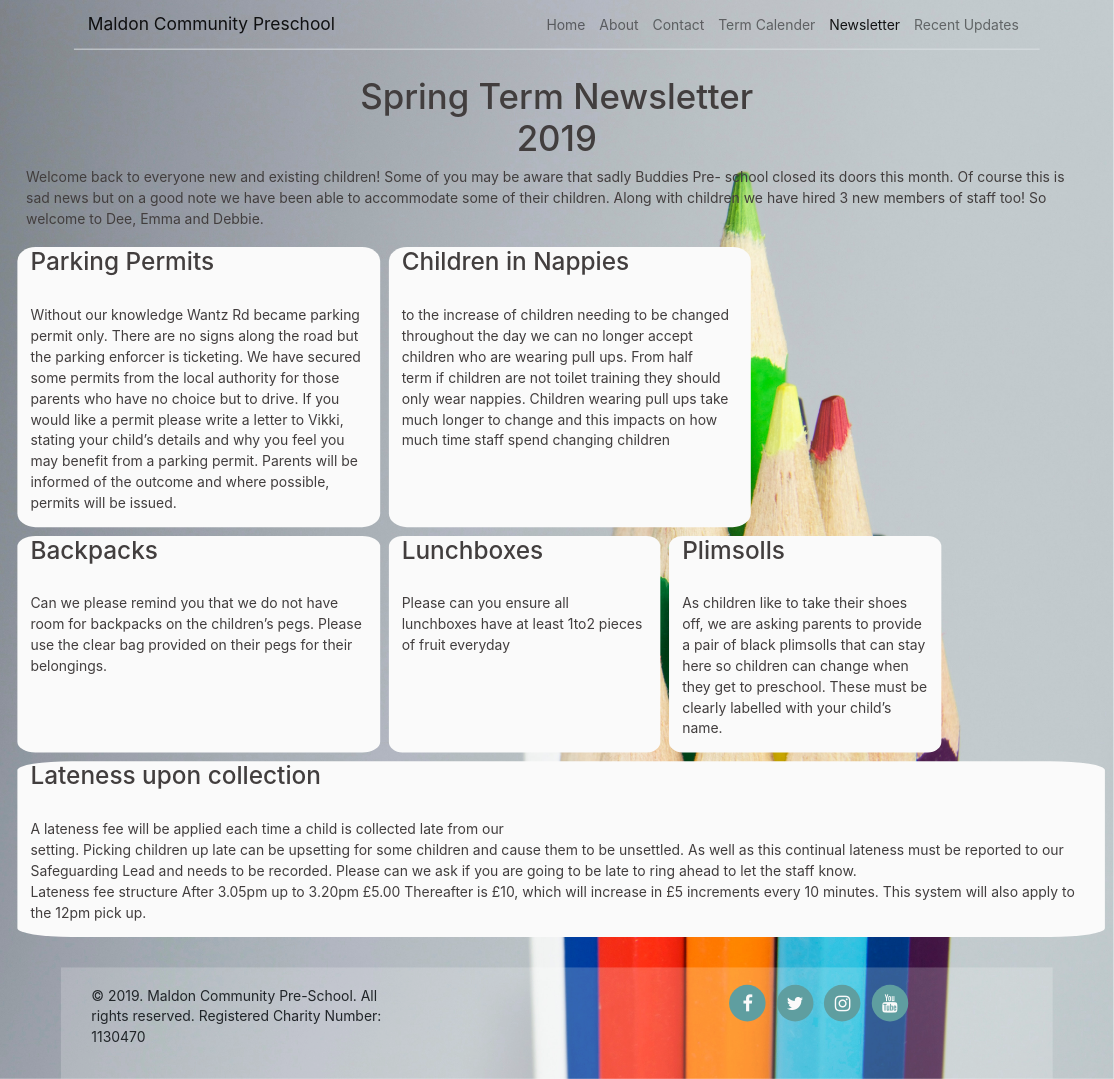
Repository: parkslee/milestone_1
Page: newsletter.html
The author's editor kept a record of every edit. The page is drawn from the files as they stood at one moment, then again after the next edit.
The browser window is 1280 px wide. The pictures show the whole page, at 87% of full size.
Some web libraries are served in a nearby version.

Above is the page before.

### newsletter.html
<!DOCTYPE html>
<html lang="en">

<head>
    <meta charset="UTF-8">
    <meta name="viewport" content="width=device-width, initial-scale=1.0">
    <meta http-equiv="X-UA-Compatible" content="ie=edge">
    <link rel="stylesheet" href="https://maxcdn.bootstrapcdn.com/bootstrap/4.2.1/css/bootstrap.min.css"
        type="text/css" />
    <link rel="stylesheet" href="https://maxcdn.bootstrapcdn.com/font-awesome/4.7.0/css/font-awesome.min.css"
        type="text/css" />
    <link rel="stylesheet" href="https://cdnjs.cloudflare.com/ajax/libs/hover.css/2.1.1/css/hover-min.css"
        type="text/css" />
    <link rel="stylesheet" href="assets\css\style.css">
    <title>newsletter</title>
</head>

<body class="newsletter-image">

    <header>
        <!----------------------------------------------------------------navigation-->
        <div class="container">
            <nav class="navbar navbar-expand-lg navbar-light bg-light border-bottom news-nav">
                <a class="navbar-brand" href="./index.html">Maldon Community Preschool</a>
                <button class="navbar-toggler" type="button" data-toggle="collapse" data-target="#navbarNav"
                    aria-controls="navbarNav" aria-expanded="false" aria-label="Toggle navigation">
                    <span class="navbar-toggler-icon"></span>
                </button>
                <div class="collapse navbar-collapse" id="navbarNav">
                    <ul class="navbar-nav text-center ml-auto">
                        <li class="nav-item">

                            <a class="nav-link" href="./index.html">Home </a>
                        </li>
                        <li class="nav-item">
                            <a class="nav-link" href="./about.html">About</a>
                        </li>
                        <li class="nav-item">
                            <a class="nav-link" href="./contact.html">Contact</a>
                        </li>
                        <li class="nav-item">
                            <a class="nav-link" href="./calender.html">Term Calender</a>
                        </li>
                        <li class="nav-item active">
                            <a class="nav-link" href="./newsletter.html">Newsletter<span
                                    class="sr-only">(current)</span></a>
                        </li>
                        <li class="nav-item newstext">
                            <a class="nav-link" href="./updates.html">Recent Updates</a>
                        </li>
                    </ul>
                </div>
            </nav>
        </div>
    </header>
    <div class="newsletter-content">
        <div class="row">
            <div class="col">
                <h1>Spring Term Newsletter

                    <br>2019</h1>

                <p>Welcome back to everyone
                    new and existing children!
                    Some of you may be aware
                    that sadly Buddies Pre-
                    school closed its doors this
                    month. Of course this is
                    sad news but on a good
                    note we have been able to
                    accommodate some of
                    their children. Along with
                    children we have hired 3
                    new members of staff too!
                    So welcome to Dee, Emma
                    and Debbie.</p>

            </div>
        </div>
        <div class="row">
            <div class="col-sm-12 col-md-4 newsletter-blocks">
                <h3>Parking Permits</h3>
                <br>
                <p> Without our knowledge
                    Wantz Rd became parking
                    permit only. There are no
                    signs along the road but
                    the parking enforcer is
                    ticketing. We have secured
                    some permits from the
                    local authority for those
                    parents who have no
                    choice but to drive. If you
                    would like a permit please
                    write a letter to Vikki,
                    stating your child’s details
                    and why you feel you may
                    benefit from a parking
                    permit. Parents will be
                    informed of the outcome
                    and where possible,
                    permits will be issued.</p>

            </div>

            <div class="col-sm-12 col-md-4 newsletter-blocks">
                <h3>Children in Nappies</h3>
<br>
                <p> to the increase of
                    children needing to be
                    changed throughout the
                    day we can no longer
                    accept children who are
                    wearing pull ups. From half
                    <br>

                    term if children are not
                    toilet training they should
                    only wear nappies.
                    Children wearing pull ups
                    take much longer to
                    change and this impacts on
                    how much time staff spend
                    changing children</p>

            </div>


        </div>

        <div class="row">
            <div class="col-sm-6 col-md-4 newsletter-blocks">
                <h3>Backpacks</h3>
                <br>
                <p>Can we please remind you
                    that we do not have room
                    for backpacks on the
                    children’s pegs. Please use
                    the clear bag provided on
                    their pegs for their
                    belongings.</p>

            </div>

            <div class="col-sm-6 col-md-3 newsletter-blocks">
                <h3> Lunchboxes</h3>
                <br>
                <p>Please can you ensure all
                    lunchboxes have at least
                    1to2 pieces of fruit
                    everyday</p>
            </div>

            <div class="col-sm-12 col-md-3 newsletter-blocks">

                <h3> Plimsolls</h3>
                <br>
                <p>As children like to take
                    their shoes off, we are
                    asking parents to provide a
                    pair of black plimsolls that
                    can stay here so children
                    can change when they get
                    to preschool. These must
                    be clearly labelled with
                    your child’s name.</p>

            </div>

        </div>

        <div class="row">
            <div class="col-sm-12 newsletter-blocks">
                   <h3>Lateness upon collection</h3>
                   <br>
                   <p>A lateness fee will be
                    applied each time a child is
                    collected late from our
                    <br>
                    setting. Picking children up
                    late can be upsetting for
                    some children and cause
                    them to be unsettled. As
                    well as this continual
                    lateness must be reported
                    to our Safeguarding Lead
                    and needs to be recorded.
                    Please can we ask if you
                    are going to be late to ring
                    ahead to let the staff
                    know.<br>
                    Lateness fee structure
                    After 3.05pm up to 3.20pm
                    £5.00
                    Thereafter is £10, which
                    will increase in £5
                    increments every 10
                    minutes. This system will
                    also apply to the 12pm pick
                    up.</p>
            </div>
        </div>


    </div>


   <!---------------------------first footer only displayed on desktop view-------------------->
    <!------https://medium.com/wdstack/bootstrap-4-hidden-visible-dd969a4c5854 tutorial for display properties bootstrap---->
    <div class="container">
            <footer class="d-none d-md-block">



                <div id="footer-details" class="row">
                    <div class="col-sm-4">
                        <p class="inline-block charity">
                            © 2019. Maldon Community Pre-School. All rights reserved.
                            Registered Charity Number: 1130470 </p>
                    </div>

                    <div class="col-sm-4 ml-auto">
                         <ul class="list-inline social-links">
                            <li class="list-inline-item">
                                <a target="_blank" href="https://facebook.com">
                                    <i class="fa fa-facebook" aria-hidden="true"></i>
                                    <span class="sr-only">Facebook</span>
                                </a>
                            </li>
                            <li class="list-inline-item">
                                <a target="_blank" href="https://twitter.com">
                                    <i class="fa fa-twitter" aria-hidden="true"></i>
                                    <span class="sr-only">Twitter</span>
                                </a>
                            </li>
                            <li class="list-inline-item">
                                <a target="_blank" href="https://instagram.com">
                                    <i class="fa fa-instagram" aria-hidden="true"></i>
                                    <span class="sr-only">Instagram</span>
                                </a>
                            </li>
                            <li class="list-inline-item">
                                <a target="_blank" href="https://youtube.com">
                                    <i class="fa fa-youtube" aria-hidden="true"></i>
                                    <span class="sr-only">YouTube</span>
                                </a>
                            </li>
                        </ul>
                    </div>
                </div>
            </footer>
        </div>



        <!----second footer for mobile view (charity number hidden as to cluttered on mobile view)  -->
        <!------https://medium.com/wdstack/bootstrap-4-hidden-visible-dd969a4c5854 tutorial for display properties bootstrap---->
        <footer class="d-md-none">
            <div id="footer-mobile">
                <ul class="list-inline social-links">
                    <li class="list-inline-item">
                        <a target="_blank" href="https://facebook.com">
                            <i class="fa fa-facebook" aria-hidden="true"></i>
                            <span class="sr-only">Facebook</span>
                        </a>
                    </li>
                    <li class="list-inline-item">
                        <a target="_blank" href="https://instagram.com">
                            <i class="fa fa-instagram" aria-hidden="true"></i>
                            <span class="sr-only">Instagram</span>
                        </a>
                    </li>
                    <li class="list-inline-item">
                        <a target="_blank" href="https://youtube.com">
                            <i class="fa fa-youtube" aria-hidden="true"></i>
                            <span class="sr-only">YouTube</span>
                        </a>
                    </li>
                </ul>
            </div>
        </footer>

    <script src="https://code.jquery.com/jquery-3.3.1.slim.min.js"
        integrity="sha384-q8i/X+965DzO0rT7abK41JStQIAqVgRVzpbzo5smXKp4YfRvH+8abtTE1Pi6jizo"
        crossorigin="anonymous"></script>
    <script src="https://cdnjs.cloudflare.com/ajax/libs/popper.js/1.14.7/umd/popper.min.js"
        integrity="sha384-UO2eT0CpHqdSJQ6hJty5KVphtPhzWj9WO1clHTMGa3JDZwrnQq4sF86dIHNDz0W1"
        crossorigin="anonymous"></script>
    <script src="https://stackpath.bootstrapcdn.com/bootstrap/4.3.1/js/bootstrap.min.js"
        integrity="sha384-JjSmVgyd0p3pXB1rRibZUAYoIIy6OrQ6VrjIEaFf/nJGzIxFDsf4x0xIM+B07jRM"
        crossorigin="anonymous"></script>
</body>

</html>

### assets/css/style.css

/*---------------------------------------------------------index.html---------------*/

.bgimage {
    background-image: url(../images/home-bg.jpg);
    background-size: cover;
    height: 100vh;
    background-repeat: no-repeat;
}

.bg-light {
    background-color: rgb(255, 255, 255, 0.0) !important;
}

.jumbotron {
    margin: 5% 5%;
    box-shadow: 10px 10px rgb(95, 158, 160, 0.5);
    background-color: rgb(255, 240, 245, 0.8);
}



.btn-primary {
    color: #fafafa;
    background-color: #866ecd;
    border-color: #866ccd;
}

.newsletter {
    background-color:#fafafa;
    position: relative;
    color: #423e3e;
    margin-bottom: 20px;

    padding: 30px;
    border-radius: 5%;

}
.newsletter h1{
   padding-top: 5px;
    text-align: center;
}

.updates-index {
    background-color: rgb(95, 158, 160);
    color:#423e3e;
    margin-bottom: 20px;
    border-radius: 5%;
    padding: 50px;
}

.updates-index h1{
    text-align: center;
}


/*-------------------------------------------------------footer------------*/

.social-links {
    padding-bottom: 0px;
}

.social-links li a i {
    width: 42px;
    height: 42px;
    padding: 12px 0;
    border-radius: 50%;
    font-size: 21px;
    line-height: 19px;
    text-align: center;
    color: #fafafa;
    background: cadetblue;
    transition: all 0.35s ease-in-out;
    -moz-transition: all 0.35s ease-in-out;
    -webkit-transition: all 0.35s ease-in-out;
    -o-transition: all 0.35s ease-in-out;
}

.social-links li a i:hover {
    background: #dc3545;
}

#footer-details {
    padding: 20px;
    background-color: rgb(255, 255, 255, 0.2);
    position: relative;
    left: 0;
    bottom: 0;
}

#footer-mobile {
    padding: 20px;
    background-color: rgb(255, 255, 255, 0.0);
    width: 100%;
    text-align: center;
}

/*---------------------------------------------------------------contact page--------------------*/

.contact-image {
    background-image: url(../images/contact-bg.jpg);
    background-size: cover;
    height: 100%;
    background-repeat: no-repeat;
}

form{
    margin: 20px;
}

.form-control{
    background-color: rgb(255, 240, 245,0.8);
}

.contact-btn{
    background-color: cadetblue;
    border-color: cadetblue;
}

/*------------------------------------------------------------------------- About--------------*/
.about-image{
    background-image: url(../images/about-bg.jpg);
    background-size: cover;
    height: 100%;
    background-repeat: no-repeat;
    background-position: 55%;

}

.about-content{
    text-align: center;
        color: #423e3e;

}

/*-------------------------------------------------------------------------calender---------------*/
.calender-image{
    background-image: url(../images/pencil_glass.jpg);
    background-size: cover;
    height: 100%;
    background-repeat: no-repeat;
    background-position: 55%;

}

/*------------------------------------------time line--------------------*/
/*-------bootstrap time line - https://bootsnipp.com/snippets/OzQj-------*/

.timeline {
    list-style: none;
    padding: 20px 0 20px;
    position: relative;
}

    .timeline:before {
        top: 0;
        bottom: 0;
        position: absolute;
        content: " ";
        width: 3px;
        background-color: #eeeeee;
        left: 50%;
        margin-left: -1.5px;
    }

    .timeline > li {
        margin-bottom: 20px;
        position: relative;
    }

        .timeline > li:before,
        .timeline > li:after {
            content: " ";
            display: table;
        }

        .timeline > li:after {
            clear: both;
        }

        .timeline > li:before,
        .timeline > li:after {
            content: " ";
            display: table;
        }

        .timeline > li:after {
            clear: both;
        }

        .timeline > li > .timeline-panel {
            width: 46%;
            float: left;
            border: 1px solid #d4d4d4;
            border-radius: 2px;
            padding: 20px;
                background-color: #fafafa;
            position: relative;
            -webkit-box-shadow: 0 1px 6px rgba(0, 0, 0, 0.175);
            box-shadow: 0 1px 6px rgba(0, 0, 0, 0.175);
        }

            .timeline > li > .timeline-panel:before {
                position: absolute;
                top: 26px;
                right: -15px;
                display: inline-block;
                border-top: 15px solid transparent;
                border-left: 15px solid #ccc;
                border-right: 0 solid #ccc;
                border-bottom: 15px solid transparent;
                content: " ";
            }

            .timeline > li > .timeline-panel:after {
                position: absolute;
                top: 27px;
                right: -14px;
                display: inline-block;
                border-top: 14px solid transparent;
                border-left: 14px solid #fff;
                border-right: 0 solid #fff;
                border-bottom: 14px solid transparent;
                content: " ";
            }

        .timeline > li > .timeline-badge {
            color: #fff;
            width: 50px;
            height: 50px;
            line-height: 50px;
            font-size: 1.4em;
            text-align: center;
            position: absolute;
            top: 16px;
            left: 50%;
            margin-left: -25px;
            background-color: #999999;
            z-index: 100;
            border-top-right-radius: 50%;
            border-top-left-radius: 50%;
            border-bottom-right-radius: 50%;
            border-bottom-left-radius: 50%;
        }

        .timeline > li.timeline-inverted > .timeline-panel {
            float: right;
        }

            .timeline > li.timeline-inverted > .timeline-panel:before {
                border-left-width: 0;
                border-right-width: 15px;
                left: -15px;
                right: auto;
            }

            .timeline > li.timeline-inverted > .timeline-panel:after {
                border-left-width: 0;
                border-right-width: 14px;
                left: -14px;
                right: auto;
            }

.timeline-badge.primary {
    background-color: #2e6da4 !important;
}

.timeline-badge.success {
    background-color: #3f903f !important;
}

.timeline-badge.warning {
    background-color: #28a745 !important;
}

.timeline-badge.danger {
    background-color: #d9534f !important;
}

.timeline-badge.info {
    background-color: #5bc0de !important;
}

.timeline-title {
    margin-top: 0;
    color: inherit;
}

.timeline-body > p,
.timeline-body > ul {
    margin-bottom: 0;
}

    .timeline-body > p + p {
        margin-top: 5px;
    }

@media (max-width: 767px) {
    ul.timeline:before {
        left: 40px;
    }

    ul.timeline > li > .timeline-panel {
        width: calc(100% - 90px);
        width: -moz-calc(100% - 90px);
        width: -webkit-calc(100% - 90px);
    }

    ul.timeline > li > .timeline-badge {
        left: 15px;
        margin-left: 0;
        top: 16px;
    }

    ul.timeline > li > .timeline-panel {
        float: right;
    }

        ul.timeline > li > .timeline-panel:before {
            border-left-width: 0;
            border-right-width: 15px;
            left: -15px;
            right: auto;
        }

        ul.timeline > li > .timeline-panel:after {
            border-left-width: 0;
            border-right-width: 14px;
            left: -14px;
            right: auto;
        }
}

/*----------------------------------------------------------------newsletter.html-------------*/
.newsletter-image{
    background-image: url(../images/newsletter-bg.jpg);
    background-size: cover;
    height: 100%;
    background-repeat: no-repeat;
    background-position: 75%;
}



.newsletter-content{
        color: #423e3e;
    padding: 30px;
}

.newsletter-content h1{
    text-align: center;
}

.newsletter-blocks{
    background-color: #fafafa;
    border-radius: 5%;
    margin:5px;

}

.newsletter-blocks2{

    background-color: #fafafa;

}

/*------------------------------------------------------------------updates.html-----------*/
.updates-image{
    background-image: url(../images/crayon-bg.jpg);
    background-size: cover;
    height: 100%;
    background-repeat: no-repeat;
    background-position: 50%;
}

.updates{
       color: #423e3e;

    padding: 30px;
}

.updates h1{

    text-align: center;
}


.update-blocks{
    background-color: #fafafa;
    border-radius: 5%;
    margin:5px;

}


/*------------------------------------------------------------------------- media----------*/

@media only screen and (min-width: 768px) {


    .footer-details {
        position: absolute;
    }

    /*---contact page----*/
    form{
        margin: 50px;
    }

    .contact-image {
        height: 100%;

    }

}

After the next edit:
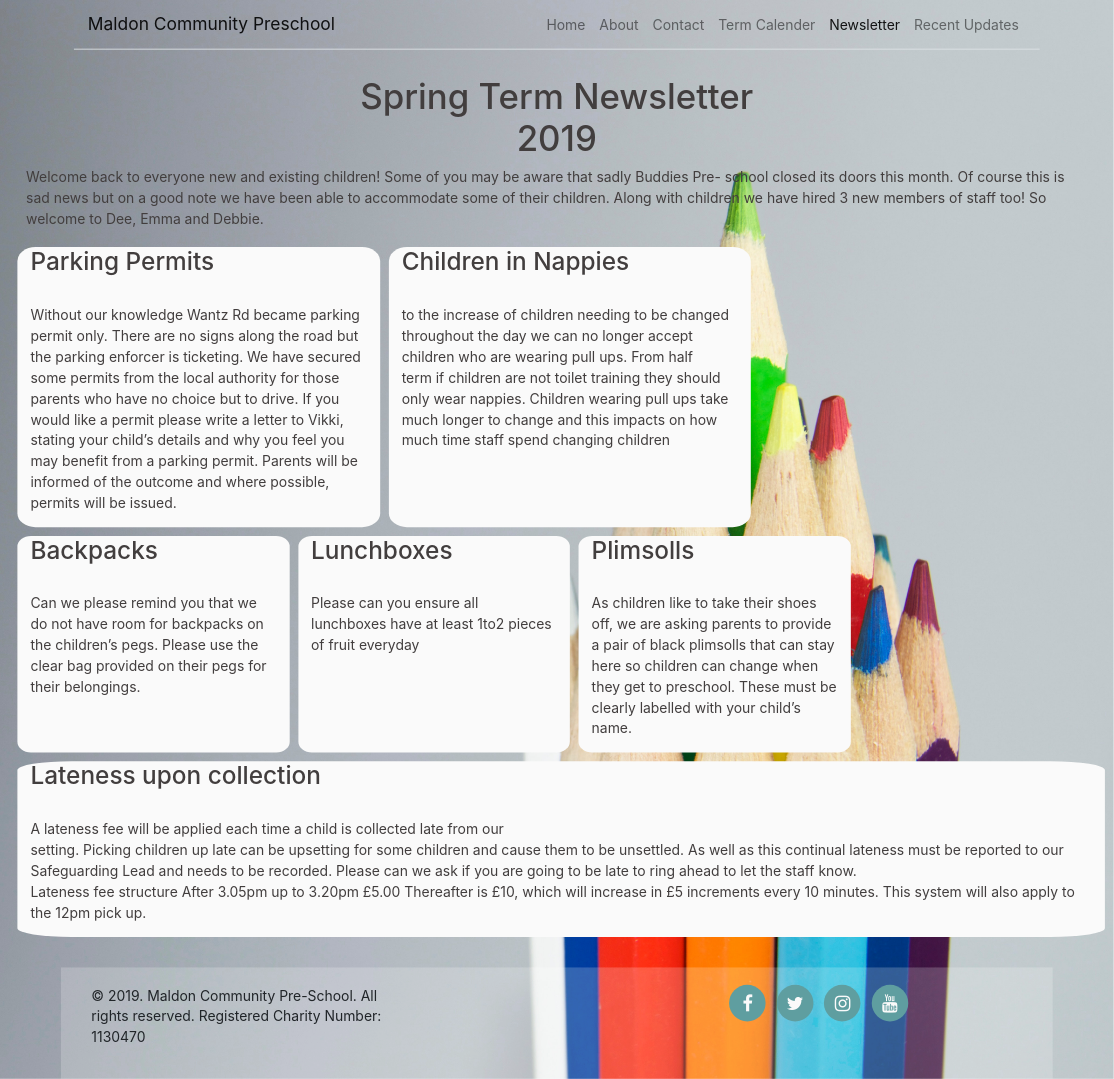
The edit:
--- a/newsletter.html
+++ b/newsletter.html
@@ -129,7 +129,7 @@
         </div>
 
         <div class="row">
-            <div class="col-sm-6 col-md-4 newsletter-blocks">
+            <div class="col-sm-6 col-md-3 newsletter-blocks">
                 <h3>Backpacks</h3>
                 <br>
                 <p>Can we please remind you
